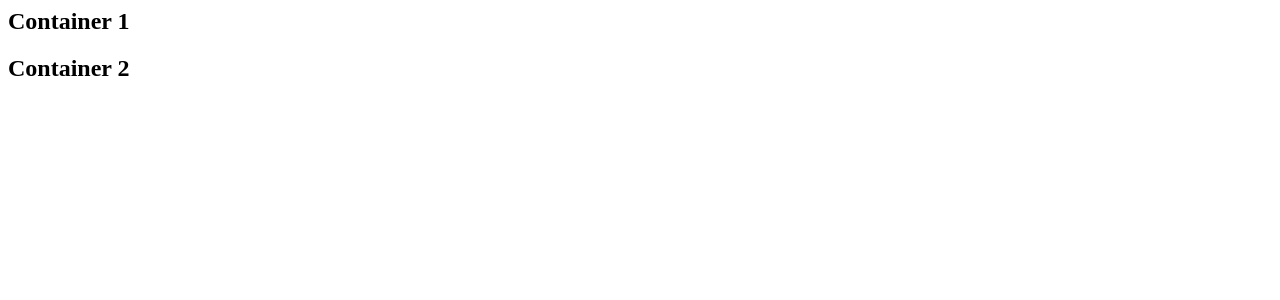
Repository: RohanSai22/harkirat-cohort-learnings
Page: Web/w1_a2.html
An editor plug-in stored every save of this project. The page is shown before and after the next save, followed by the edit.
The browser window is 1280 px wide. The pictures show the whole page.

Above is the page before, as saved 2026-03-24 11:52:45.

After the next save:
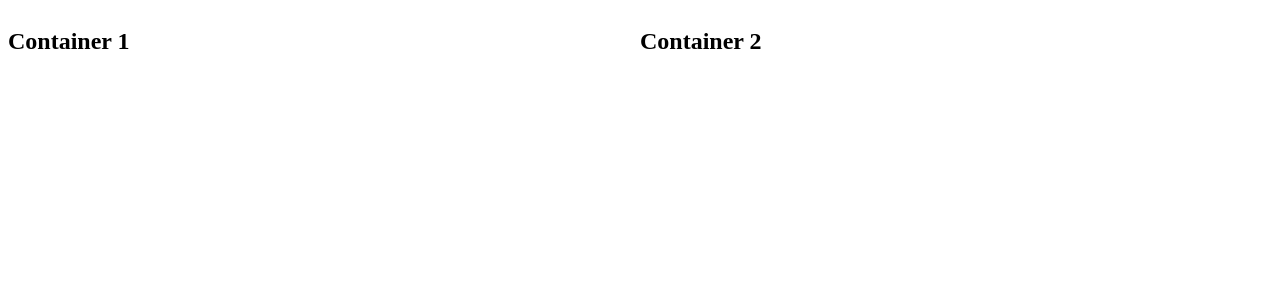
Saved 95 s later.
--- a/Web/w1_a2.html
+++ b/Web/w1_a2.html
@@ -3,11 +3,11 @@
         <title>Eleven Labs : Sales Page </title>
     </head>
     <body>
-        <div>
-            <div>
+        <div style ="display: flex;">
+            <div style="flex:1">
                 <h2>Container 1</h2>
             </div>
-            <div>
+            <div style="flex:1">
                  <h2>Container 2</h2>
             </div>
         </div>
